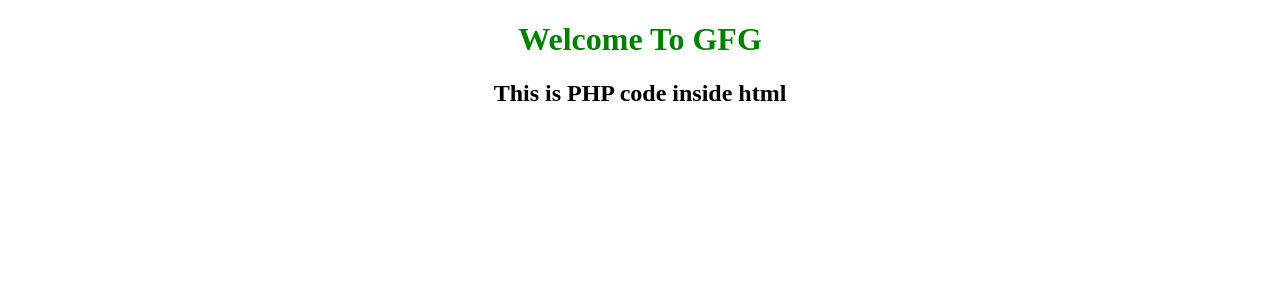
Repository: NithishKoriyar/phpprojectgh
Page: http://localhost/example1.php
These files come from the project's save history. The page is drawn as it stood at one moment and after a run of saves; the edit follows.
The browser window is 1280 px wide. The pictures show the whole page.
The page is run by PHP 8.4 with error messages shown; the project is at /var/www/html/.

Above is the page before, as saved 2022-12-14 11:00:46.

### example1.php
<!DOCTYPE html>
<html>

<head>
	<style>
		h1 {
			color: green;
		}
	</style>
</head>

<body>
	<center>
		<h1>Welcome To GFG</h1>

		<h2>
			<?php
            echo "This is PHP code inside html";
            echo "";
			?>
		</h2>
	</center>
</body>

</html>

After the next 3 saves:
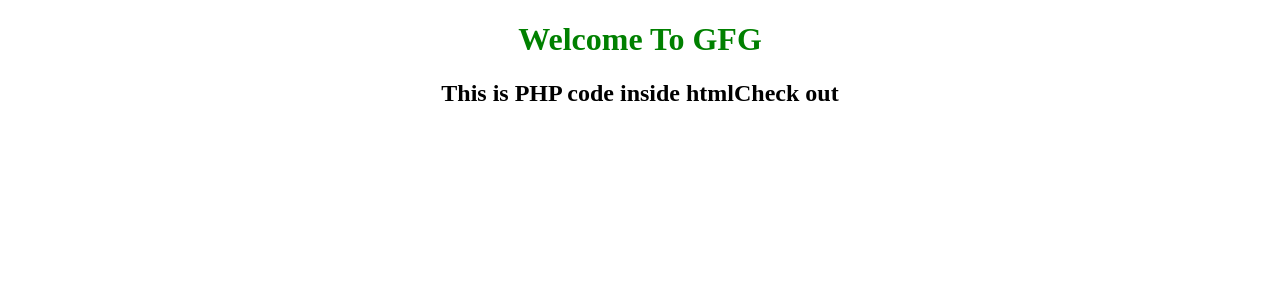
The 3 saves are shown as one change because they came seconds apart.
The last was saved 13 s later.
--- a/example1.php
+++ b/example1.php
@@ -16,7 +16,7 @@
 		<h2>
 			<?php
             echo "This is PHP code inside html";
-            echo "";
+            echo "Check out";
 			?>
 		</h2>
 	</center>
